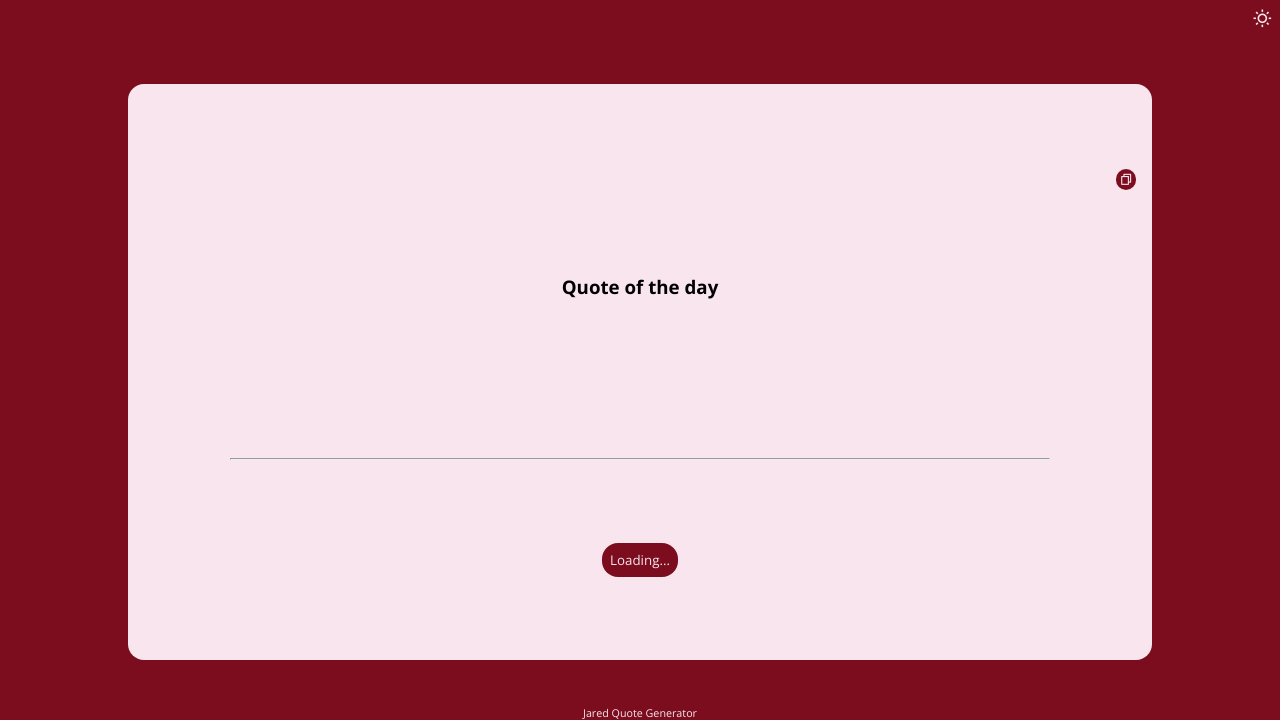
Repository: EguJaredoBoyd/Jared-Quote-Generator
Page: html/main.html
An editor plug-in stored every save of this project. The page is shown before and after the next save, followed by the edit.
The browser window is 1280 px wide. The pictures show the whole page.
The page's requests for data from a server got no answer. Some web libraries are served in a nearby version.

Above is the page before, as saved 2026-01-11 23:53:34.

After the next save:
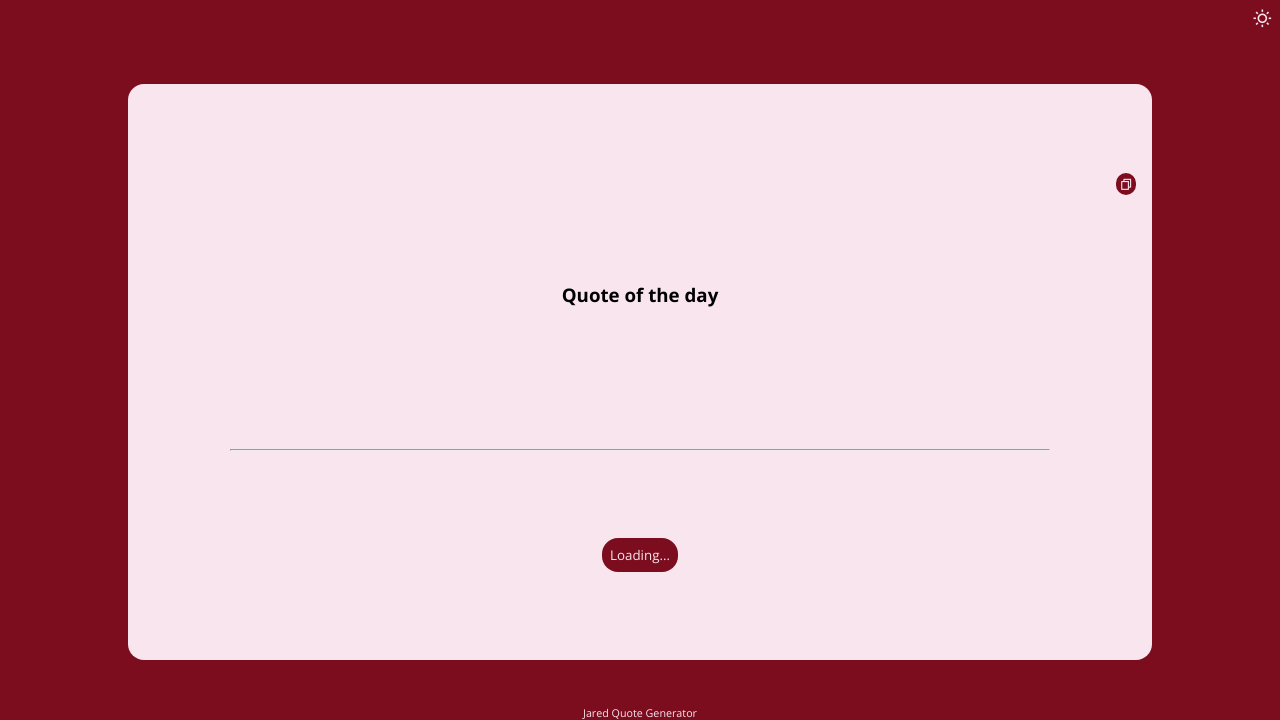
Saved 54 s later.
--- a/js/main.js
+++ b/js/main.js
@@ -44,6 +44,8 @@ async function fetchQuote() {
   } catch (error) {
     console.error(`Error fetching quote: ${error}`);
     quoteText.textContent = "Sorry!, failed to quote.";
+    quoteAuthorId.textContent = "";
+    mDash.textContent = "";
   }
 }
 
